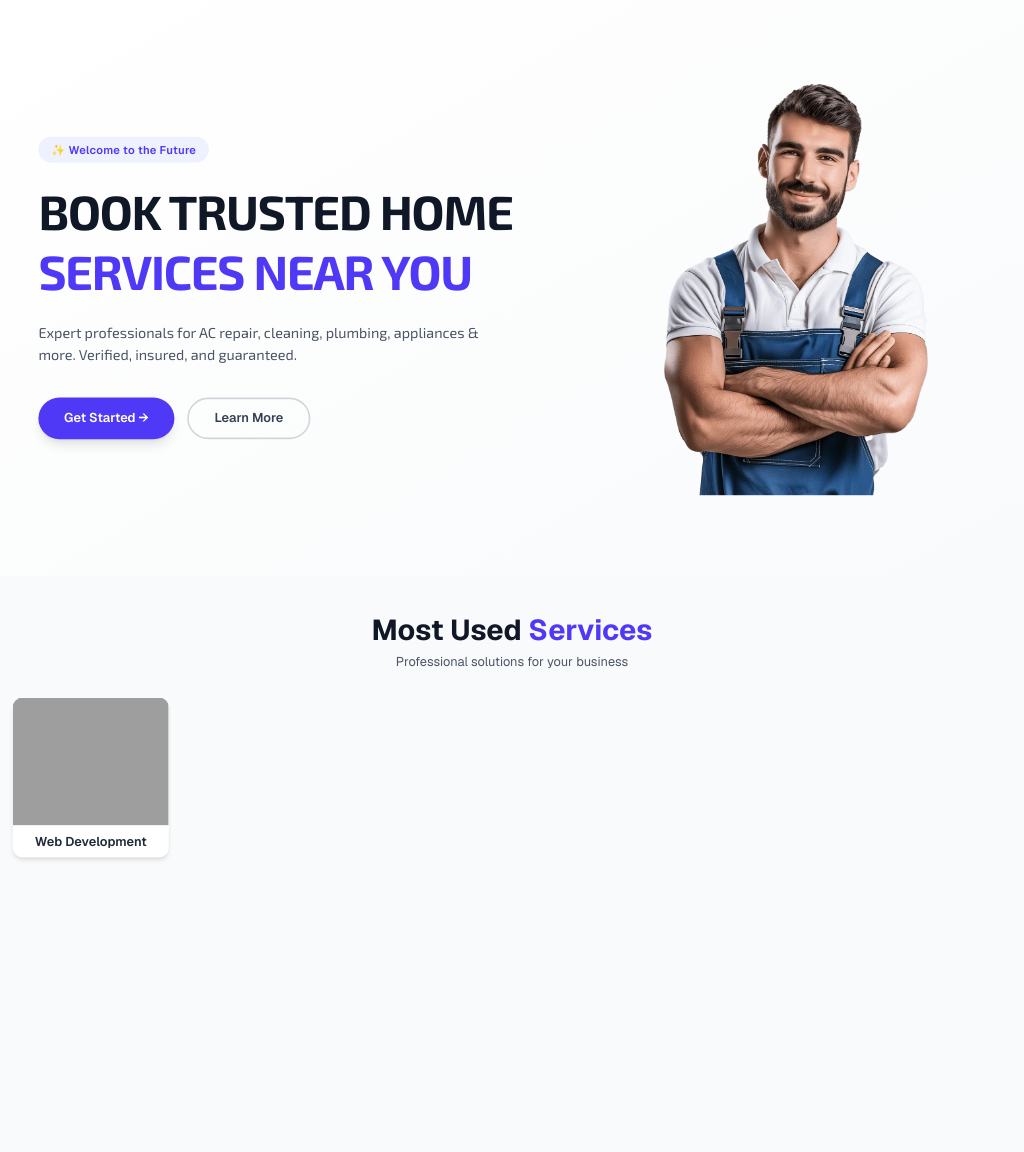
Repository: deepak445566/repai
Page: / (app in repair/)
These files come from the project's save history. The page is drawn as it stood at one moment and after the next save; the edit follows.
The browser window is 1280 px wide. The pictures show the whole page, at 80% of full size.
Pictures or frames that could not be fetched are drawn as grey boxes. The project was rebuilt for these pictures with package versions that can differ from the ones it lists, and the page was loaded fresh each time. The framework's server and built-in components were replaced by stand-ins that run in the browser. Also part of the build but not shown: repair/next.config.mjs.

Above is the page before, as saved 2026-04-15 12:47:08.

### repair/src/app/layout.js
import { Abril_Fatface, Exo_2, Geist, Geist_Mono } from "next/font/google";
import "./globals.css";

const geistSans = Geist({
  variable: "--font-geist-sans",
  subsets: ["latin"],
});

const geistMono = Geist_Mono({
  variable: "--font-geist-mono",
  subsets: ["latin"],
});
const abril = Abril_Fatface({
  weight: '400',
  subsets: ['latin'],
  variable: '--font-abril',
});

const exo = Exo_2({
  subsets: ['latin'],
  weight: ['400','600','700'],
  variable: '--font-exo',
});

export const metadata = {
  title: "Create Next App",
  description: "Generated by create next app",
};

export default function RootLayout({ children }) {
  return (
    <html
      lang="en"
      className={`${geistSans.variable} ${geistMono.variable} ${abril.variable} ${exo.variable} h-full antialiased`}
    >
      <body className="min-h-full flex flex-col">{children}</body>
    </html>
  );
}

### repair/src/app/page.js
import HeroPage from '@/components/heroPage'
import ServicesPage from '@/components/Service'
import React from 'react'

function page() {
  return (
   <>
   <HeroPage/>
   <ServicesPage/>
   </>
  )
}

export default page

### repair/src/app/globals.css
@import "tailwindcss";

:root {
  --background: #ffffff;
  --foreground: #171717;
}

@theme inline {
  --color-background: var(--background);
  --color-foreground: var(--foreground);
  --font-sans: var(--font-geist-sans);
  --font-mono: var(--font-geist-mono);
}

@media (prefers-color-scheme: dark) {
  :root {
    --background: #0a0a0a;
    --foreground: #ededed;
  }
}

body {
  background: var(--background);
  color: var(--foreground);
  font-family: var(--font-parkinsans);
}



.abril {
  font-family: var(--font-abril);
}

.exo {
  font-family: var(--font-exo);
}

### repair/src/components/heroPage.jsx
import Image from 'next/image';

export default function HeroPage() {
  return (
    <div className="min-h-screen bg-gradient-to-br from-white to-gray-50 flex items-center justify-center px-4 lg:px-12 py-12">
      <div className="max-w-7xl mx-auto w-full">
        <div className="flex flex-col lg:flex-row items-center gap-12 lg:gap-10">

          {/* Left Section - 60% Width */}
          <div className="w-full lg:w-[55%] text-center lg:text-left space-y-6">
            <div className="inline-block px-4 py-1.5 rounded-full bg-indigo-50 text-indigo-600 text-sm font-semibold tracking-wide">
              ✨ Welcome to the Future
            </div>

            <h1 className="text-4xl sm:text-5xl lg:text-6xl font-bold tracking-tight text-gray-900 leading-tight uppercase exo">
            Book Trusted Home
              <span className="text-indigo-600 block"> Services Near You</span>
            </h1>

            <p className="text-lg text-gray-600 max-w-xl mx-auto lg:mx-0 exo">
         Expert professionals for AC repair, cleaning, plumbing, appliances & more. Verified, insured, and guaranteed.
            </p>

            <div className="flex flex-col sm:flex-row gap-4 justify-center lg:justify-start pt-4">
              <button className="px-8 py-3 rounded-full bg-indigo-600 text-white font-semibold shadow-lg hover:bg-indigo-700 transition-all duration-200 transform hover:scale-105">
                Get Started →
              </button>
              <button className="px-8 py-3 rounded-full border-2 border-gray-300 text-gray-700 font-semibold hover:bg-gray-50 transition-all duration-200">
                Learn More
              </button>
            </div>
          </div>

          {/* Right Section - 40% Width */}
          <div className="w-full lg:w-[45%] flex justify-center lg:justify-end">
            <div className="relative w-full max-w-sm sm:max-w-md lg:max-w-lg">
              <div className="absolute inset-0 opacity-60 -z-10"></div>
              <div className="relative overflow-hidden">
                {/* Size control - Apni hisaab se change karo */}
                <div className="relative w-[350px] h-[400px] md:w-[400px] md:h-[400px] lg:w-[550px] lg:h-[550px] mx-auto ">
                  <Image
                    src="/images/image1.png"
                    alt="Hero Image"
                    fill
                    className="object-contain p-4"
                    priority
                  />
                </div>
              </div>
            </div>
          </div>
        </div>
      </div>
    </div>
  );
}

### repair/src/components/Service.jsx
import Image from 'next/image';

export default function ServicesPage() {
  const services = [
    { id: 1, title: "Web Development", image: "/images/fridge.png" },

  ];

  return (
    <div className="min-h-screen bg-gray-50 py-12 px-4">
      <div className="max-w-7xl mx-auto">

        {/* Header */}
        <div className="text-center mb-8">
          <h2 className="text-3xl sm:text-4xl font-bold text-gray-900 mb-2">
            Most Used <span className="text-indigo-600">Services</span>
          </h2>
          <p className="text-gray-600 text-sm sm:text-base">
            Professional solutions for your business
          </p>
        </div>

        {/* Grid - Mobile: 2 columns, Desktop: 6 columns */}
        <div className="grid grid-cols-2 lg:grid-cols-6 gap-3 md:gap-4">
          {services.map((service, index) => (
            <div
              key={service.id}
              className="group cursor-pointer bg-white rounded-xl overflow-hidden shadow-md hover:shadow-xl transition-all duration-300 hover:-translate-y-1"
            >
              {/* Image Section */}
              <div className="relative h-32 sm:h-36 md:h-40 overflow-hidden ">
                {/* Placeholder - Replace with your images */}

                {/* Actual Image - Uncomment when ready */}
                <Image src={service.image} alt={service.title} fill className="object-conatin group-hover:scale-110 transition-transform duration-500" />
              </div>

              {/* Title Section */}
              <div className="py-2 px-1 sm:py-2.5 sm:px-2 text-center">
                <h3 className="text-xs sm:text-sm md:text-base font-semibold text-gray-800 group-hover:text-indigo-600 transition-colors leading-tight">
                  {service.title}
                </h3>
              </div>
            </div>
          ))}
        </div>
      </div>
    </div>
  );
}

After the next save:
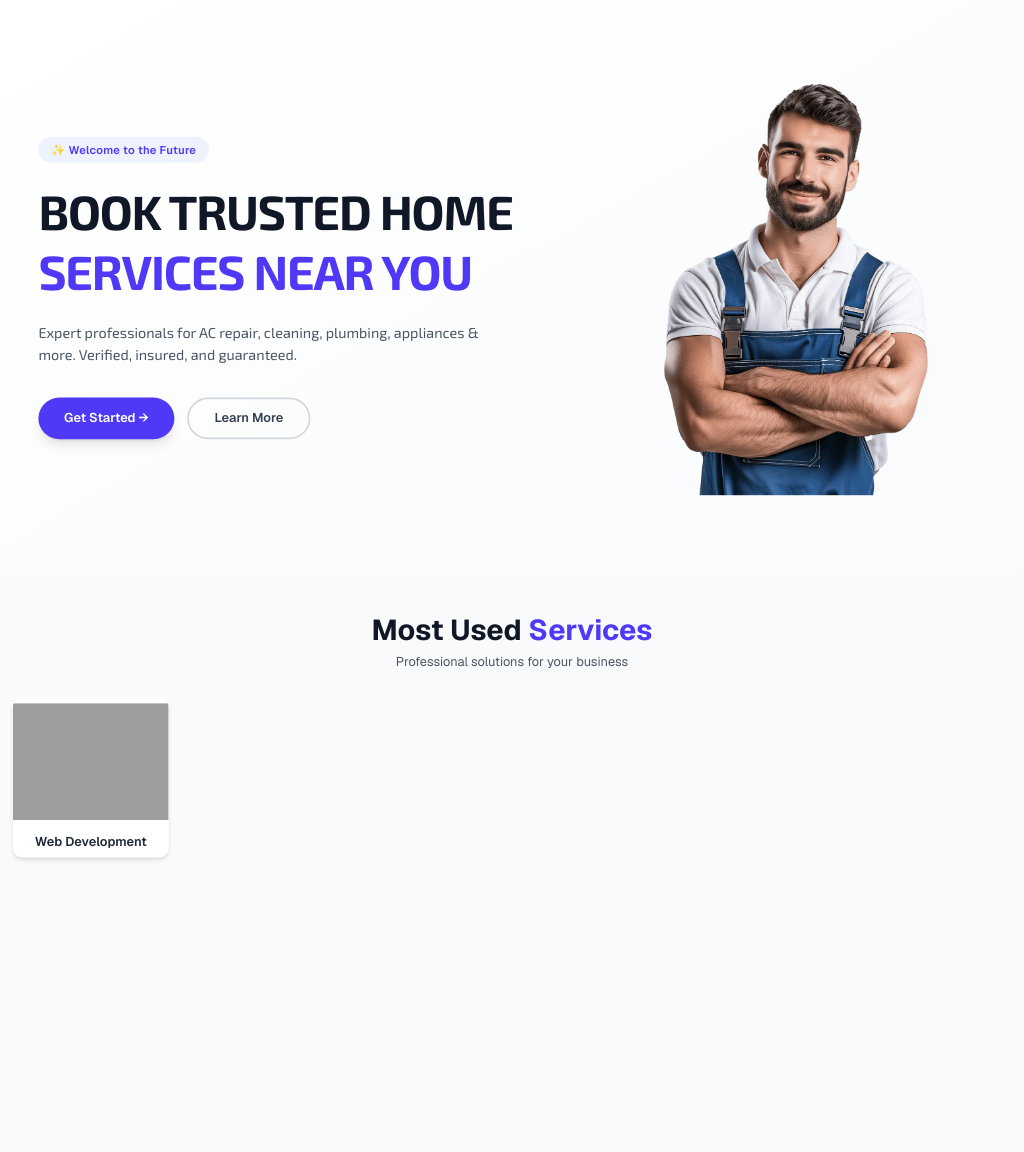
Saved 5 s later.
--- a/repair/src/components/Service.jsx
+++ b/repair/src/components/Service.jsx
@@ -32,7 +32,7 @@ export default function ServicesPage() {
                 {/* Placeholder - Replace with your images */}
 
                 {/* Actual Image - Uncomment when ready */}
-                <Image src={service.image} alt={service.title} fill className="object-conatin group-hover:scale-110 transition-transform duration-500" />
+                <Image src={service.image} alt={service.title} fill className="object-contain group-hover:scale-110 transition-transform duration-500" />
               </div>
 
               {/* Title Section */}
